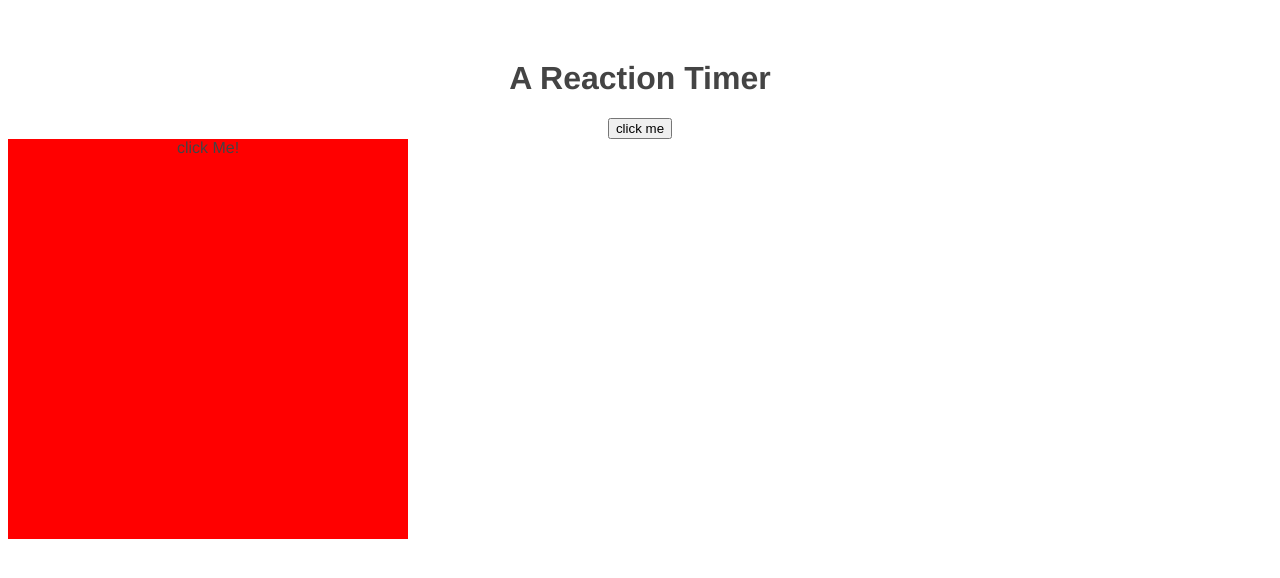
Repository: qudos4real/reaction-timer
Page: /
The author's editor kept a copy of each file at every save. The page is drawn from the files as they stood at one save, then again after the next save.
The browser window is 1280 px wide. The pictures show the whole page.
The project was rebuilt for these pictures with package versions that can differ from the ones it lists, and the page was loaded fresh each time. Also part of the build but not shown: vue.config.js.

Above is the page before, as saved 2022-12-27 22:33:08.

After the next save:
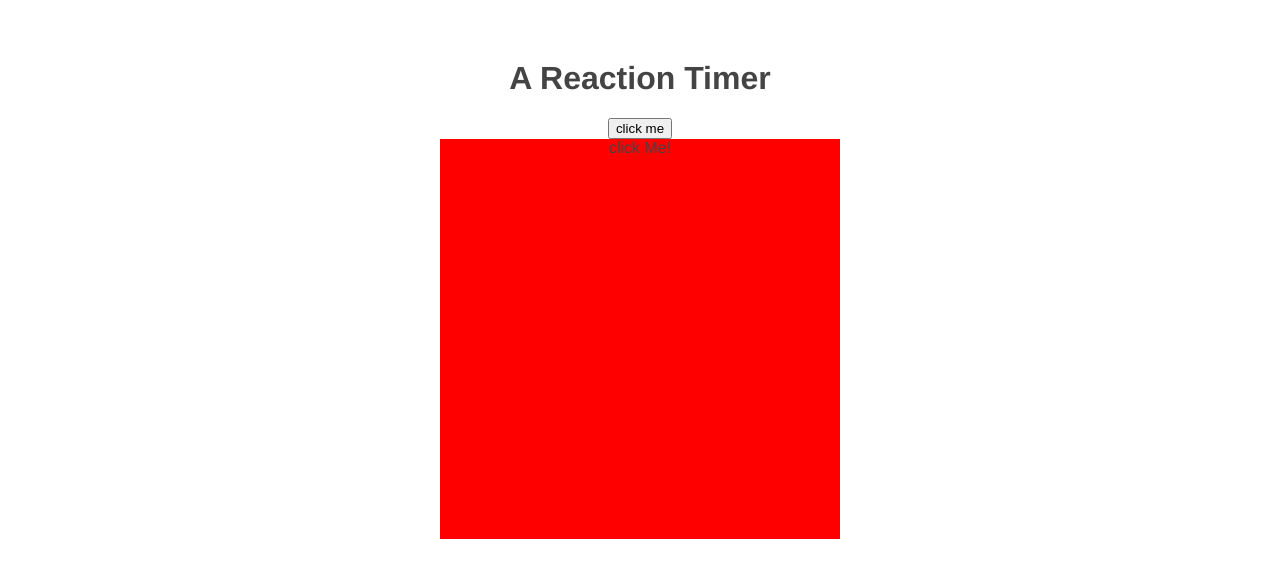
Saved 10 s later.
--- a/src/components/Block.vue
+++ b/src/components/Block.vue
@@ -15,6 +15,7 @@
     width: 400px;
     height: 400px;
     text-align: center;
+    margin: 0 auto;
     background-color: red;
 }
 </style>

After the save that followed:
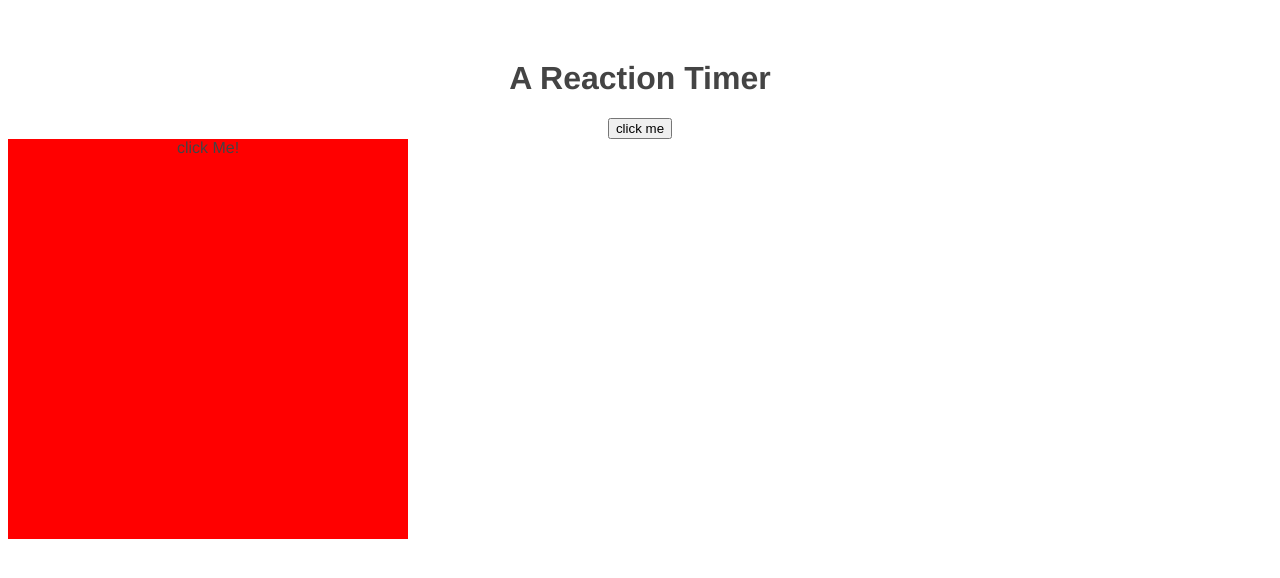
Saved 4 s later.
--- a/src/components/Block.vue
+++ b/src/components/Block.vue
@@ -15,7 +15,7 @@
     width: 400px;
     height: 400px;
     text-align: center;
-    margin: 0 auto;
+    margin: 50 auto;
     background-color: red;
 }
 </style>
